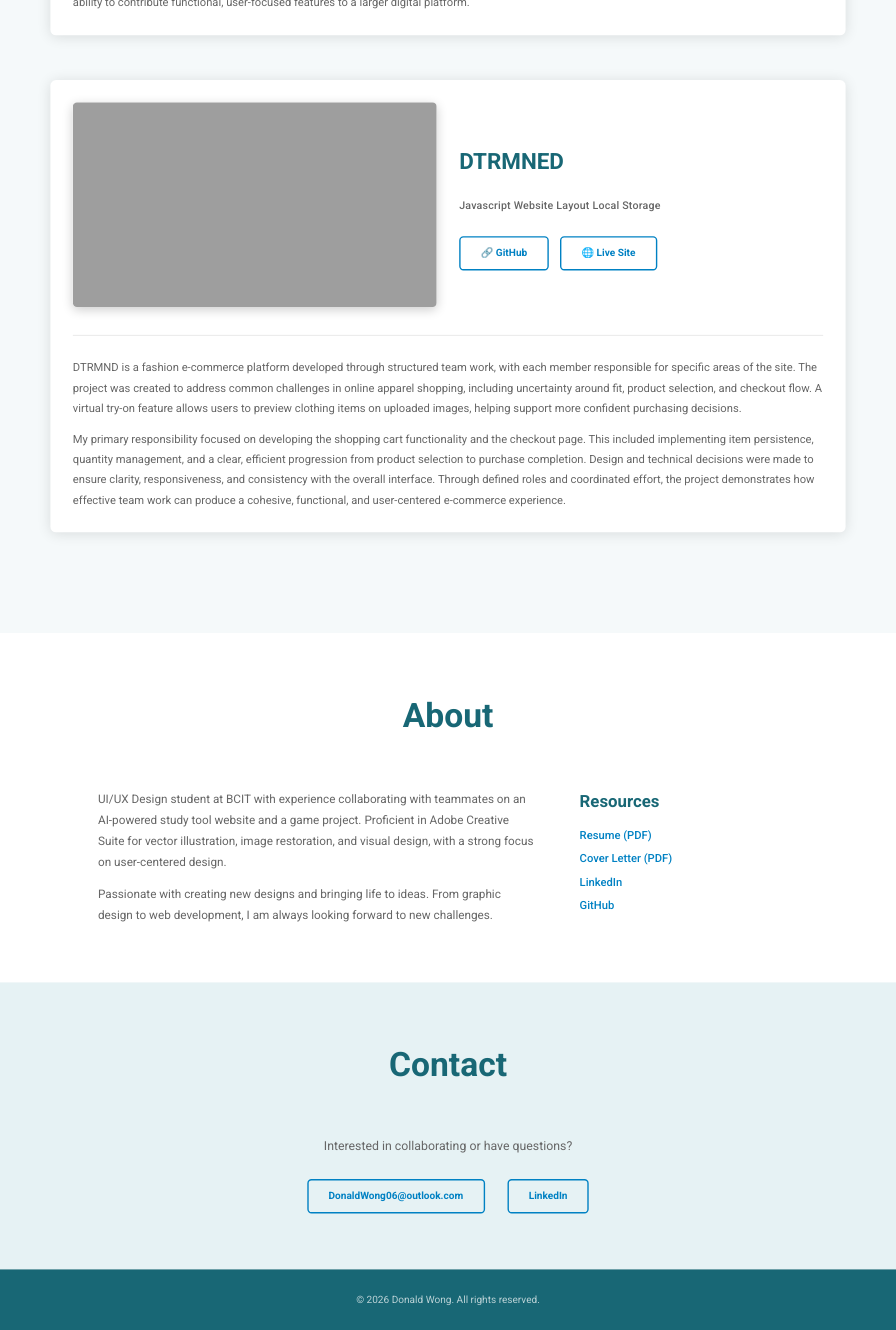
Repository: DonaldCWong/portfolio
Page: index.html
An editor plug-in stored every save of this project. The page is shown before and after the next save, followed by the edit.
The browser window is 1280 px wide. The pictures show the part of the page from y = 2959 to 4859 px (the page is 4859 px tall), at 70% of full size.
Pictures or frames that could not be fetched are drawn as grey boxes.

Above is the page before, as saved 2026-01-19 09:27:16.

### index.html
<!DOCTYPE html>
<html lang="en">
  <head>
    <meta charset="UTF-8">
    <meta name="viewport" content="width=device-width, initial-scale=1.0">
    <meta name="description" content="Donald Wong - Portfolio showcasing web development and design projects">
    <title>Donald Wong | Portfolio</title>
    <link rel="stylesheet" href="styles.css">
    <link rel="preconnect" href="https://fonts.googleapis.com">
    <link rel="preconnect" href="https://fonts.gstatic.com" crossorigin>
    <link href="https://fonts.googleapis.com/css2?family=Roboto:wght@300;400;500;700;900&display=swap" rel="stylesheet">
  </head>
  <body>
    <!-- Navigation -->
    <nav class="nav">
        <div class="nav-container">
            <a href="#home" class="logo">DW</a>
            <ul class="nav-menu">
                <li><a href="#projects">Projects</a></li>
                <li><a href="#about">About</a></li>
                <li><a href="#contact">Contact</a></li>
            </ul>
        </div>
    </nav>

    <!-- Hero / Landing -->
    <section id="home" class="hero">
        <div class="hero-content">
            <h1 class="hero-title">Donald Wong</h1>
            <p class="hero-subtitle">Graphic Designer & UX/UI Designer</p>
            <a href="#projects" class="cta-button">View Projects</a>
        </div>
    </section>

    <!-- Projects Section -->
    <section id="projects" class="projects">
        <div class="container">
            <h2 class="section-title">Projects</h2>

            <!-- Project 1 -->
            <article class="project">
                <div class="project-header">
                    <div class="project-visual">
                        <img src="/assets/Project 1 Work.png" alt="DVD Player Design" class="project-image">
                    </div>
                    <div class="project-info">
                        <h3 class="project-title">DVD Player Design</h3>
                        <p class="project-tags">Vector Graphics, Illustrator</p>
                        <div class="project-links">
                            <a href="/assets/DVD player.pdf" target="_blank" rel="noopener noreferrer" class="project-link">PDF</a>
                            <a href="/assets/Donald_Wong_dvd_player.ai" download="Donald_Wong_dvd_player.ai" class="project-link">Raw File</a>
                        </div>
                    </div>
                </div>
                <div class="project-rationale">
                    <p>
                      This project is a detailed digital recreation of a DVD player, created to demonstrate precision, attention to detail, and effective use of vector illustration tools in Adobe Illustrator. The objective was to accurately represent a physical product in a digital format, highlighting its structure, components, and visual hierarchy while maintaining correct proportions and scale.                    </p>
                    <p>
                      The primary challenge involved ensuring visual accuracy while designing each element with consistency and clarity. This required careful alignment, spacing, and scaling to reflect how the product functions and appears in real life. Visual effects such as shadows and subtle blurs were applied to enhance depth and realism, helping the design feel more tangible. The completed illustration demonstrates how digital product recreations can be used to evaluate design decisions, communicate product details, and explore potential refinements before physical production.                    </p>
                </div>
            </article>

            <!-- Project 2 -->
            <article class="project">
                <div class="project-header">
                    <div class="project-visual">
                        <img src="/assets/Can designs.png" alt="Can Design" class="project-image">
                    </div>
                    <div class="project-info">
                        <h3 class="project-title">Can Design</h3>
                        <p class="project-tags">Photoshop, Illustrator</p>
                        <div class="project-links">
                            <a href="/assets/Donald_Wong_Assignment06_Proof.pdf" target="_blank" rel="noopener noreferrer" class="project-link">Proof</a>
                            <a href="/assets/Donald_Wong_Can_Mockup.psd" download="Donald_Wong_Can_Mockup.psd" class="project-link">Raw File</a>
                        </div>
                    </div>
                </div>
                <div class="project-rationale">
                    <p>
                        This project is a canned beverage mockup created to demonstrate attention to detail, proofing accuracy, and brand-driven illustration within strict production constraints. The design is based on a British fruit tea theme, featuring animals dressed in classic European attire to convey a refined yet playful brand identity. Each flavour variation was designed to feel cohesive while maintaining its own visual distinction.
                    </p>
                    <p>
                        A key requirement of the project was ensuring the artwork adhered precisely to the provided production proof. This included maintaining correct dimensions, bleed areas, and layout placement to meet real-world printing standards. Throughout the process, careful consideration was given to scale, alignment, and consistency across all cans. The final mockups demonstrate an understanding of how illustrated branding translates from digital design to physical packaging, while meeting technical specifications required for accurate proofing and production readiness.
                    </p>
                </div>
            </article>

            <!-- Project 3 -->
            <article class="project">
                <div class="project-header">
                    <div class="project-visual">
                        <img src="/assets/GotItSite.png" alt="Got It Site" class="project-image">
                    </div>
                    <div class="project-info">
                        <h3 class="project-title">Got It</h3>
                        <p class="project-tags">Web Design • Responsive • Branding</p>
                        <div class="project-links">
                            <a href="https://github.com/deniseada/GotIt" target="_blank" rel="noopener noreferrer" class="project-link">GitHub</a>
                            <a href="https://got-it-phi.vercel.app/" target="_blank" rel="noopener noreferrer" class="project-link">Live Site</a>
                            <a href="https://dwong429.wixsite.com/gotit" target="_blank" rel="noopener noreferrer" class="project-link">Blog</a>
                        </div>
                    </div>
                </div>
                <div class="project-rationale">
                    <p>
                        This website was developed as a team project to help trades workers better understand complex technical manuals and textbooks. The goal was to make dense information more accessible through features such as content simplification, mind mapping, and summarization. The overall layout and interface were intentionally designed to be clear and easy to navigate, ensuring usability for trades workers with limited technical experience.
                    </p>
                    <p>
                        Within the team, my specific responsibilities included designing and building the project blog, which communicates ongoing development progress and updates, as well as creating the settings page for the website. These components were structured to remain consistent with the site’s accessibility goals, prioritizing clarity and ease of use. By working within defined roles and shared objectives, the project demonstrates effective teamwork and the ability to contribute functional, user-focused features to a larger digital platform.
                    </p>
                </div>
            </article>

            <!-- Project 4 -->
            <article class="project">
                <div class="project-header">
                    <div class="project-visual">
                        <img src="/assets/DTRMNEDsite.png" alt="DTRMNED Site" class="project-image">
                    </div>
                    <div class="project-info">
                        <h3 class="project-title">DTRMNED</h3>
                        <div class="project-tags">
                            <span class="project-tag">Javascript</span>
                            <span class="project-tag">Website Layout</span>
                            <span class="project-tag">Local Storage</span>
                        </div>
                        <div class="project-links">
                            <a href="https://github.com/monavi77/dtrmnd2webdev" target="_blank" rel="noopener noreferrer" class="project-link">🔗 GitHub</a>
                            <a href="https://dtrmnd2webdev.vercel.app" target="_blank" rel="noopener noreferrer" class="project-link">🌐 Live Site</a>
                        </div>
                    </div>
                </div>
                <div class="project-rationale">
                    <p>
                      DTRMND is a fashion e-commerce platform developed through structured team work, with each member responsible for specific areas of the site. The project was created to address common challenges in online apparel shopping, including uncertainty around fit, product selection, and checkout flow. A virtual try-on feature allows users to preview clothing items on uploaded images, helping support more confident purchasing decisions.
                    </p>
                    <p>
                      My primary responsibility focused on developing the shopping cart functionality and the checkout page. This included implementing item persistence, quantity management, and a clear, efficient progression from product selection to purchase completion. Design and technical decisions were made to ensure clarity, responsiveness, and consistency with the overall interface. Through defined roles and coordinated effort, the project demonstrates how effective team work can produce a cohesive, functional, and user-centered e-commerce experience.
                    </p>
                    </div>
            </article>
        </div>
    </section>

    <!-- About Section -->
    <section id="about" class="about">
        <div class="container">
            <h2 class="section-title">About</h2>
            <div class="about-content">
                <div class="about-text">
                    <p>
                      UI/UX Design student at BCIT with experience collaborating with teammates on an AI-powered study tool website and a game project. Proficient in Adobe Creative Suite for vector illustration, image restoration, and visual design, with a strong focus on user-centered design.
                    <p>
                        Passionate with creating new designs and bringing life to ideas. From graphic design to web development, I am always looking forward to new challenges.
                    </p>
                </div>
                <div class="about-links">
                    <h3>Resources</h3>
                    <ul class="resource-links">
                        <li><a href="/assets/Donald_Wong_Resume.pdf" target="_blank" rel="noopener noreferrer">Resume (PDF)</a></li>
                        <li><a href="/cover-letter.pdf" target="_blank" rel="noopener noreferrer">Cover Letter (PDF)</a></li>
                        <li><a href="https://www.linkedin.com/in/donald-c-wong/" target="_blank" rel="noopener noreferrer">LinkedIn</a></li>
                        <li><a href="https://github.com/DonaldCWong" target="_blank" rel="noopener noreferrer">GitHub</a></li>
                    </ul>
                </div>
            </div>
        </div>
    </section>

    <!-- Contact Section -->
    <section id="contact" class="contact">
        <div class="container">
            <h2 class="section-title">Contact</h2>
            <div class="contact-content">
                <p>Interested in collaborating or have questions?</p>
                <div class="contact-links">
                    <a href="mailto:DonaldWong06@outlook.com" class="contact-link">DonaldWong06@outlook.com</a>
                    <a href="https://www.linkedin.com/in/donald-c-wong/" target="_blank" rel="noopener noreferrer" class="contact-link">LinkedIn</a>
                </div>
            </div>
        </div>
    </section>

    <!-- Footer -->
    <footer class="footer">
        <div class="container">
            <p>&copy; 2026 Donald Wong. All rights reserved.</p>
        </div>
    </footer>

    <script src="script.js"></script>
  </body>
</html>

### styles.css
/* Reset and Base Styles */
* {
    margin: 0;
    padding: 0;
    box-sizing: border-box;
}

:root {
    /* Colors */
    --primary-color: #186775;
    --secondary-color: #f5f5f5;
    --accent-color: #0081c3;
    --accent-hover: #4abfa1;
    --text-primary: #1a1a1a;
    --text-secondary: #666666;
    --text-light: #999999;
    --border-color: #e0e0e0;
    --bg-light: #f5f9fa;

    /* Typography */
    --font-primary: 'Roboto', -apple-system, BlinkMacSystemFont, 'Segoe UI', sans-serif;
    --font-display: 'Roboto', -apple-system, BlinkMacSystemFont, 'Segoe UI', sans-serif;

    /* Spacing */
    --spacing-xs: 0.5rem;
    --spacing-sm: 1rem;
    --spacing-md: 2rem;
    --spacing-lg: 4rem;
    --spacing-xl: 6rem;

    /* Layout */
    --container-max-width: 1200px;
    --section-padding: 5rem 0;
}

html {
    scroll-behavior: smooth;
}

body {
    font-family: var(--font-primary);
    color: var(--text-primary);
    line-height: 1.6;
    font-size: 16px;
    background-color: #ffffff;
}

.container {
    max-width: var(--container-max-width);
    margin: 0 auto;
    padding: 0 var(--spacing-md);
}

/* Navigation */
.nav {
    position: fixed;
    top: 0;
    left: 0;
    right: 0;
    background-color: rgba(255, 255, 255, 0.95);
    backdrop-filter: blur(10px);
    box-shadow: 0 2px 10px rgba(0, 0, 0, 0.05);
    z-index: 1000;
    padding: var(--spacing-sm) 0;
}

.nav-container {
    max-width: var(--container-max-width);
    margin: 0 auto;
    padding: 0 var(--spacing-md);
    display: flex;
    justify-content: space-between;
    align-items: center;
}

.logo {
    font-family: var(--font-display);
    font-size: 1.5rem;
    font-weight: 600;
    color: var(--primary-color);
    text-decoration: none;
    letter-spacing: 0.05em;
    display: flex;
    align-items: center;
}

.logo-image {
    height: 40px;
    width: auto;
    display: block;
}

.nav-menu {
    display: flex;
    list-style: none;
    gap: var(--spacing-md);
}

.nav-menu a {
    color: var(--text-primary);
    text-decoration: none;
    font-weight: 500;
    font-size: 0.95rem;
    transition: color 0.3s ease;
}

.nav-menu a:hover {
    color: var(--accent-color);
}

/* Hero Section */
.hero {
    min-height: 100vh;
    display: flex;
    align-items: center;
    justify-content: center;
    background: linear-gradient(135deg, #e8f4f6 0%, #c8e8eb 100%);
    padding-top: 80px;
    text-align: center;
}

.hero-content {
    max-width: 800px;
    padding: var(--spacing-md);
}

.hero-title {
    font-family: var(--font-display);
    font-size: clamp(3rem, 8vw, 6rem);
    font-weight: 600;
    color: var(--primary-color);
    margin-bottom: var(--spacing-sm);
    letter-spacing: -0.02em;
}

.hero-subtitle {
    font-size: clamp(1.1rem, 2vw, 1.5rem);
    color: var(--text-secondary);
    margin-bottom: var(--spacing-md);
    font-weight: 400;
}

.cta-button {
    display: inline-block;
    padding: 1rem 2.5rem;
    background-color: var(--accent-color);
    color: white;
    text-decoration: none;
    border-radius: 4px;
    font-weight: 500;
    transition: background-color 0.3s ease, transform 0.2s ease;
    margin-top: var(--spacing-sm);
}

.cta-button:hover {
    background-color: var(--accent-hover);
    transform: translateY(-2px);
}

/* Section Styles */
section {
    padding: var(--section-padding);
}

.section-title {
    font-family: var(--font-display);
    font-size: clamp(2rem, 4vw, 3rem);
    font-weight: 600;
    margin-bottom: var(--spacing-lg);
    text-align: center;
    color: var(--primary-color);
}

/* Projects Section */
.projects {
    background-color: var(--bg-light);
}

.project {
    background-color: white;
    border-radius: 8px;
    padding: var(--spacing-md);
    margin-bottom: var(--spacing-lg);
    box-shadow: 0 2px 20px rgba(0, 0, 0, 0.12);
    transition: transform 0.3s ease, box-shadow 0.3s ease;
}


.project-header {
    display: grid;
    grid-template-columns: 1fr 1fr;
    gap: var(--spacing-md);
    margin-bottom: var(--spacing-md);
    align-items: center;
}

.project-visual {
    width: 100%;
}


.project-image-placeholder {
    width: 100%;
    aspect-ratio: 16 / 9;
    background: linear-gradient(135deg, #667eea 0%, #764ba2 100%);
    border-radius: 0;
    display: flex;
    align-items: center;
    justify-content: center;
    color: white;
    font-size: 1.2rem;
    font-weight: 500;
}

.project-image {
    width: 100%;
    height: auto;
    aspect-ratio: 16 / 9;
    object-fit: cover;
    border-radius: 6px;
    box-shadow: 0 4px 15px rgba(0, 0, 0, 0.2);
}

.project-info {
    display: flex;
    flex-direction: column;
    gap: var(--spacing-sm);
}

.project-title {
    font-family: var(--font-display);
    font-size: clamp(1.5rem, 3vw, 2rem);
    font-weight: 600;
    color: var(--primary-color);
    margin-bottom: var(--spacing-xs);
}

.project-tags {
    color: var(--text-secondary);
    font-size: 0.95rem;
    margin-bottom: var(--spacing-sm);
    font-weight: 500;
    letter-spacing: 0.02em;
}

.project-links {
    display: flex;
    gap: var(--spacing-sm);
    flex-wrap: wrap;
}

.project-link,
.contact-link {
    display: inline-block;
    padding: 0.7rem 1.8rem;
    border: 2px solid var(--accent-color);
    color: var(--accent-color);
    text-decoration: none;
    border-radius: 6px;
    font-weight: 600;
    font-size: 0.9rem;
    transition: all 0.3s ease;
    background-color: white;
    position: relative;
    overflow: hidden;
}

.project-link::before,
.contact-link::before {
    content: '';
    position: absolute;
    top: 0;
    left: -100%;
    width: 100%;
    height: 100%;
    background: linear-gradient(135deg, var(--accent-color) 0%, var(--accent-hover) 100%);
    transition: left 0.3s ease;
    z-index: -1;
}

.project-link:hover,
.contact-link:hover {
    color: white;
    border-color: var(--accent-color);
    transform: translateY(-2px);
    box-shadow: 0 4px 12px rgba(0, 129, 195, 0.25);
}

.project-link:hover::before,
.contact-link:hover::before {
    left: 0;
}

.project-link:active,
.contact-link:active {
    transform: translateY(0);
}

.project-rationale {
    margin-top: var(--spacing-md);
    padding-top: var(--spacing-md);
    border-top: 1px solid var(--border-color);
}

.project-rationale p {
    margin-bottom: var(--spacing-sm);
    color: var(--text-secondary);
    line-height: 1.8;
    font-size: 1rem;
}

.project-rationale p:last-child {
    margin-bottom: 0;
}

.project-2 {
    background: linear-gradient(135deg, #f093fb 0%, #f5576c 100%);
}

.project-3 {
    background: linear-gradient(135deg, #4facfe 0%, #00f2fe 100%);
}

.project-4 {
    background: linear-gradient(135deg, #43e97b 0%, #38f9d7 100%);
}

/* About Section */
.about {
    background-color: white;
}

.about-content {
    display: grid;
    grid-template-columns: 2fr 1fr;
    gap: var(--spacing-lg);
    max-width: 1000px;
    margin: 0 auto;
}

.about-text p {
    margin-bottom: var(--spacing-sm);
    color: var(--text-secondary);
    line-height: 1.8;
    font-size: 1.05rem;
}

.about-text p:last-child {
    margin-bottom: 0;
}

.about-links h3 {
    font-family: var(--font-display);
    font-size: 1.5rem;
    margin-bottom: var(--spacing-sm);
    color: var(--primary-color);
}

.resource-links {
    list-style: none;
    display: flex;
    flex-direction: column;
    gap: var(--spacing-xs);
}

.resource-links a {
    color: var(--accent-color);
    text-decoration: none;
    font-weight: 500;
    transition: color 0.3s ease;
    padding: 0.5rem 0;
    border-bottom: 1px solid transparent;
}

.resource-links a:hover {
    color: var(--accent-hover);
    border-bottom-color: var(--accent-hover);
}

/* Contact Section */
.contact {
    background-color: #e6f2f4;
    text-align: center;
}

.contact-content {
    max-width: 600px;
    margin: 0 auto;
}

.contact-content > p {
    font-size: 1.1rem;
    color: var(--text-secondary);
    margin-bottom: var(--spacing-md);
}

.contact-links {
    display: flex;
    justify-content: center;
    gap: var(--spacing-md);
    flex-wrap: wrap;
}

.contact-link {
    background-color: transparent;
}


/* Footer */
.footer {
    background-color: var(--primary-color);
    color: white;
    padding: var(--spacing-md) 0;
    text-align: center;
}

.footer p {
    color: rgba(255, 255, 255, 0.7);
    font-size: 0.9rem;
}

/* Responsive Design */
@media (max-width: 768px) {
    :root {
        --section-padding: 3rem 0;
        --spacing-lg: 2rem;
    }

    .nav-menu {
        gap: var(--spacing-sm);
    }

    .nav-menu a {
        font-size: 0.85rem;
    }

    .project-header {
        grid-template-columns: 1fr;
    }

    .project-visual {
        order: 2;
    }

    .project-info {
        order: 1;
    }

    .project-image {
        height: 300px;
    }

    .about-content {
        grid-template-columns: 1fr;
    }

    .contact-links {
        flex-direction: column;
        align-items: center;
    }

    .project-link {
        width: 100%;
        text-align: center;
    }
}

@media (max-width: 480px) {
    .container {
        padding: 0 var(--spacing-sm);
    }

    .nav-container {
        padding: 0 var(--spacing-sm);
    }

    .project {
        padding: var(--spacing-sm);
    }

    .project-image-placeholder {
        font-size: 1rem;
    }
}

Loaded but not shown: script.js (48 lines, source omitted)

After the next save:
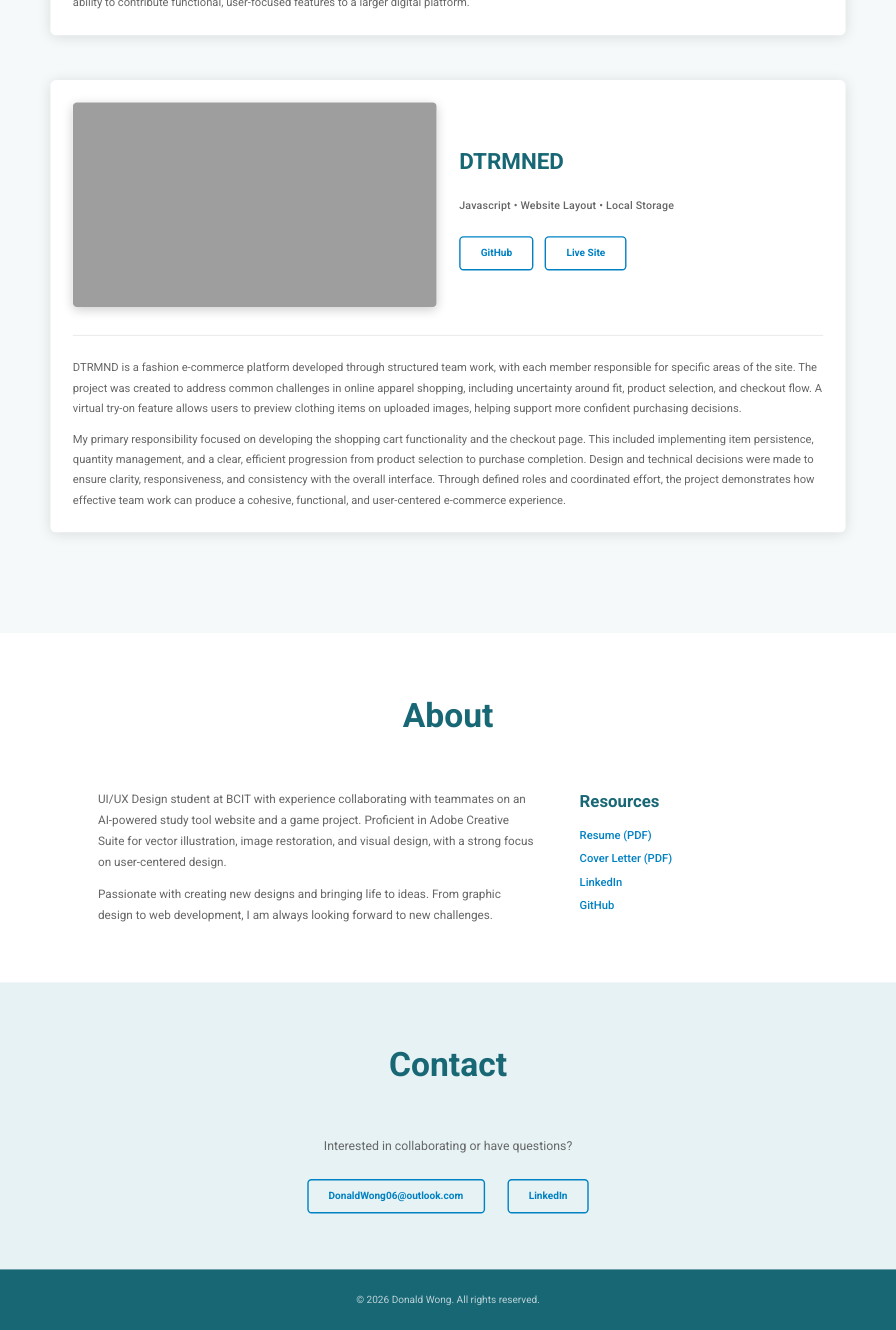
Saved 5 s later.
--- a/index.html
+++ b/index.html
@@ -119,14 +119,10 @@
                     </div>
                     <div class="project-info">
                         <h3 class="project-title">DTRMNED</h3>
-                        <div class="project-tags">
-                            <span class="project-tag">Javascript</span>
-                            <span class="project-tag">Website Layout</span>
-                            <span class="project-tag">Local Storage</span>
-                        </div>
+                        <p class="project-tags">Javascript • Website Layout • Local Storage</p>
                         <div class="project-links">
-                            <a href="https://github.com/monavi77/dtrmnd2webdev" target="_blank" rel="noopener noreferrer" class="project-link">🔗 GitHub</a>
-                            <a href="https://dtrmnd2webdev.vercel.app" target="_blank" rel="noopener noreferrer" class="project-link">🌐 Live Site</a>
+                            <a href="https://github.com/monavi77/dtrmnd2webdev" target="_blank" rel="noopener noreferrer" class="project-link">GitHub</a>
+                            <a href="https://dtrmnd2webdev.vercel.app" target="_blank" rel="noopener noreferrer" class="project-link">Live Site</a>
                         </div>
                     </div>
                 </div>
